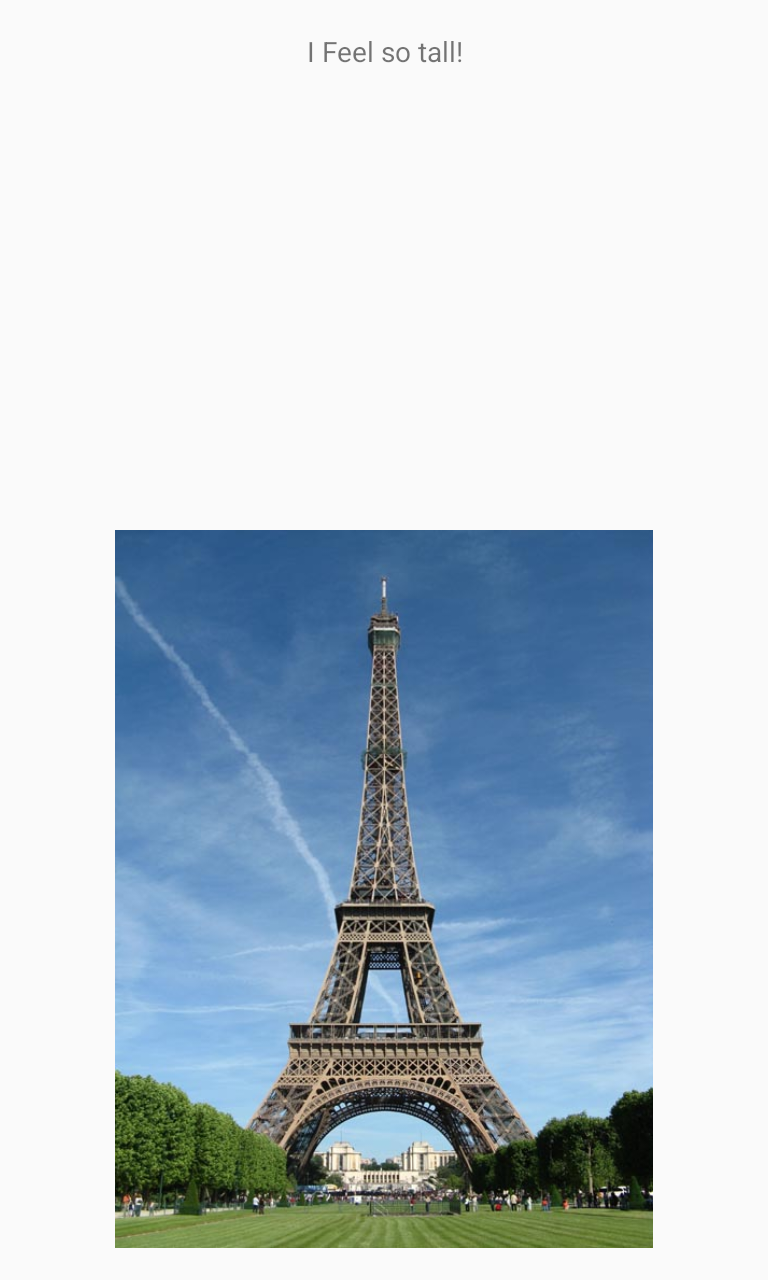
Repository: Smahane/Android_CST407
Layout: HomeWork2/HomeWork2_Resources_State/res/layout/fragment_opinion.xml
These files come from the project's save history. The layout is drawn as it stood at one moment and after the next save; the edit follows.
It is drawn on a 768 x 1280 px phone screen (xhdpi) without system bars, with theme AppTheme; the app's code is not run.

Above is the layout before, as saved 2014-07-20 17:42:11.

### HomeWork2/HomeWork2_Resources_State/res/layout/fragment_opinion.xml
<RelativeLayout xmlns:android="http://schemas.android.com/apk/res/android"
    xmlns:tools="http://schemas.android.com/tools"
    android:layout_width="match_parent"
    android:layout_height="match_parent"
    android:paddingBottom="@dimen/activity_vertical_margin"
    android:paddingLeft="@dimen/activity_horizontal_margin"
    android:paddingRight="@dimen/activity_horizontal_margin"
    android:paddingTop="@dimen/activity_vertical_margin"
    tools:context="com.example.homework2_resources.OpinionActivity$PlaceholderFragment" >

    <TextView
        android:id="@+id/textView1"
        android:layout_width="match_parent"
        android:layout_height="wrap_content"
        android:gravity="center"
        android:text="@string/portrait" />

    <ImageView
        android:id="@+id/imageView1"
        android:layout_width="wrap_content"
        android:layout_height="wrap_content"
        android:layout_alignLeft="@+id/textView1"
        android:layout_below="@+id/textView1"
        android:layout_marginTop="230dp"
        android:layout_centerVertical="false"
        android:layout_centerHorizontal="true"
        android:src="@drawable/eiffeltower" />

</RelativeLayout>

### HomeWork2/HomeWork2_Resources_State/res/values/strings.xml
<?xml version="1.0" encoding="utf-8"?>
<resources>

    <string name="app_name">HomeWork2_Resources</string>
    <string name="portrait">I Feel so tall!</string>
    <string name="action_settings">Settings</string>
    <string name="land_txt">the world looks flat</string>
    <string name="EiffelTowerImage">Eiffel Tower</string>

</resources>

Loaded but not shown: HomeWork2/HomeWork2_Resources_State/res/values/styles.xml (common file); HomeWork2/HomeWork2_Resources_State/res/values-v11/styles.xml (common file); HomeWork2/HomeWork2_Resources_State/res/values-v14/styles.xml (common file); HomeWork2/HomeWork2_Resources_State/res/values/dimens.xml (common file); HomeWork2/HomeWork2_Resources_State/res/values-w820dp/dimens.xml (common file)

After the next save:
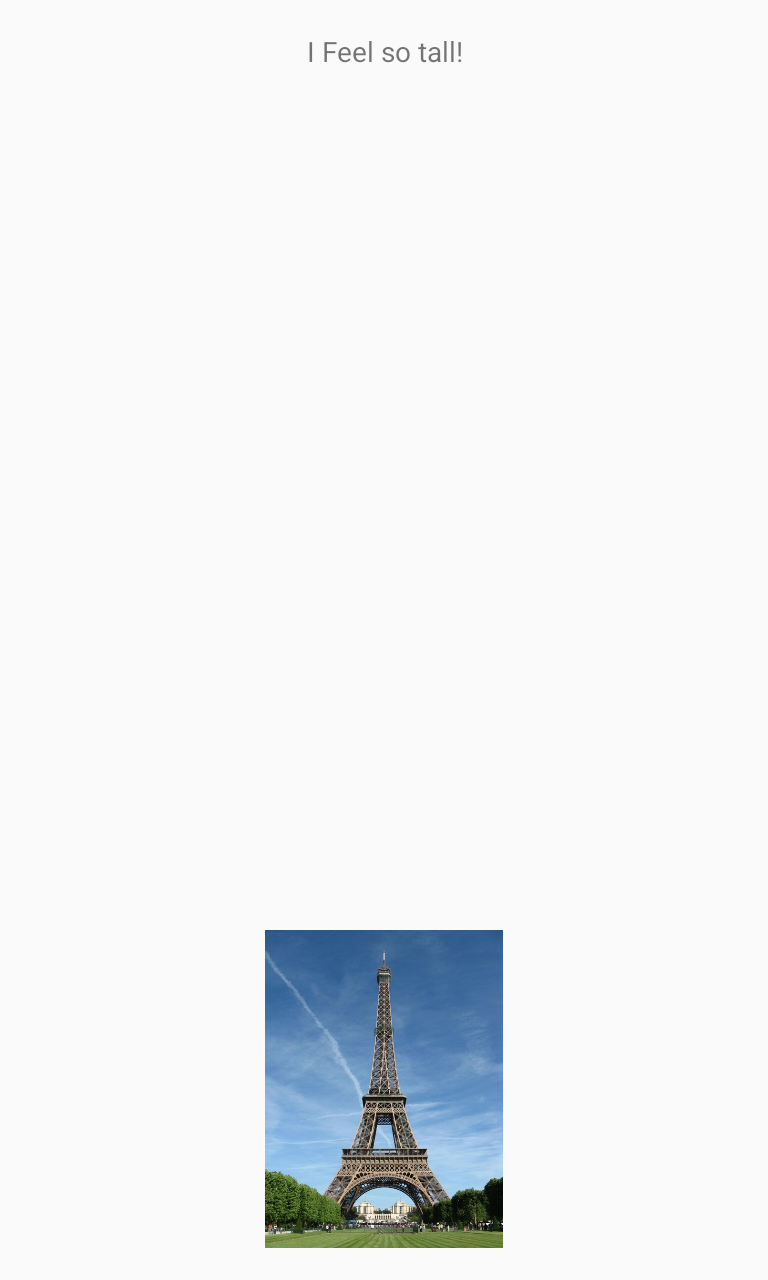
Saved 28 s later.
--- a/HomeWork2/HomeWork2_Resources_State/res/layout/fragment_opinion.xml
+++ b/HomeWork2/HomeWork2_Resources_State/res/layout/fragment_opinion.xml
@@ -21,8 +21,7 @@
         android:layout_height="wrap_content"
         android:layout_alignLeft="@+id/textView1"
         android:layout_below="@+id/textView1"
-        android:layout_marginTop="230dp"
-        android:layout_centerVertical="false"
+        android:layout_marginTop="430dp"
         android:layout_centerHorizontal="true"
         android:src="@drawable/eiffeltower" />
 
